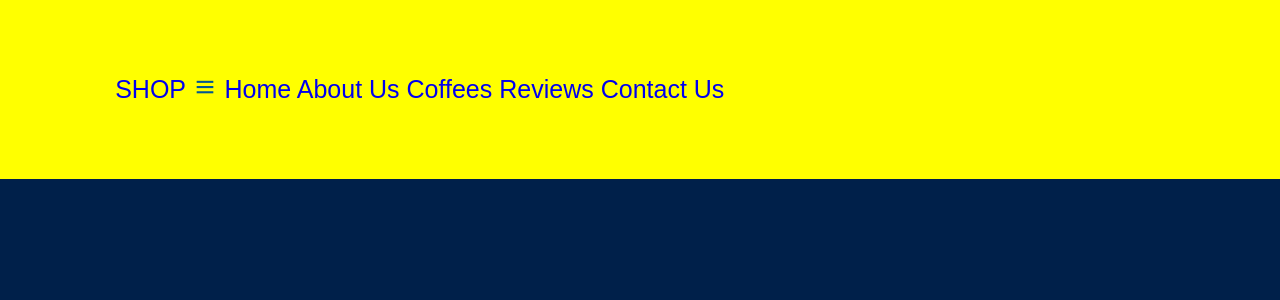
Repository: ntandomagana/Coffee-Shop
Page: index.html
An editor plug-in stored every save of this project. The page is shown before and after a run of saves, followed by the edit.
The browser window is 1280 px wide. The pictures show the whole page.

Above is the page before, as saved 2024-04-10 13:38:27.

### index.html
<!DOCTYPE html>
<html lang="en">
  <head>
    <meta charset="UTF-8" />
    <meta name="viewport" content="width=device-width, initial-scale=1.0" />
    <link rel="stylesheet" href="style.css" />
    <link
      href="https://unpkg.com/boxicons@2.1.4/css/boxicons.min.css"
      rel="stylesheet"/>

    <title>Coffee Shop</title>
  </head>
  <body>
    <header class="header">
        <a href="#home" class="logo"><span>SHOP</span></a>


        <i class='bx bx-menu' id="menu-icon"></i>


        <navbar class="navbar">
          <a href="#home" class="active">Home</a>
          <a href="#about" >About Us</a>
          <a href="#coffees" >Coffees</a>
          <a href="#reviews" >Reviews</a>
          <a href="#contact" >Contact Us</a>
        </navbar>
    </header>
    <script src="script.js"></script>
  </body>
</html>

### style.css
* {
    margin: 0;
    padding: 0;
    box-sizing: border-box;
    text-decoration: none;
    border: none;
    outline: none;
    scroll-behavior: smooth;
    font-family: "Poppins", sans-serif;
}

:root {
    --bg-color:  #00204a;
    --text-color: #005792;
    --main-color: #00bbf0;
    --extra-color: #fdb44b;
}

html {
    font-size: 25px;
    overflow: hidden;
}

body {
    background: var(--bg-color);
    color: var(--text-color);
}

.header {
    position: fixed;
    top: 0;
    left: 0;
    width: 100%;
    padding: 3rem 9%;
    background: yellow;
}

Loaded but not shown: script.js (no stored copy; drawn as an empty file)

After the next 2 saves:
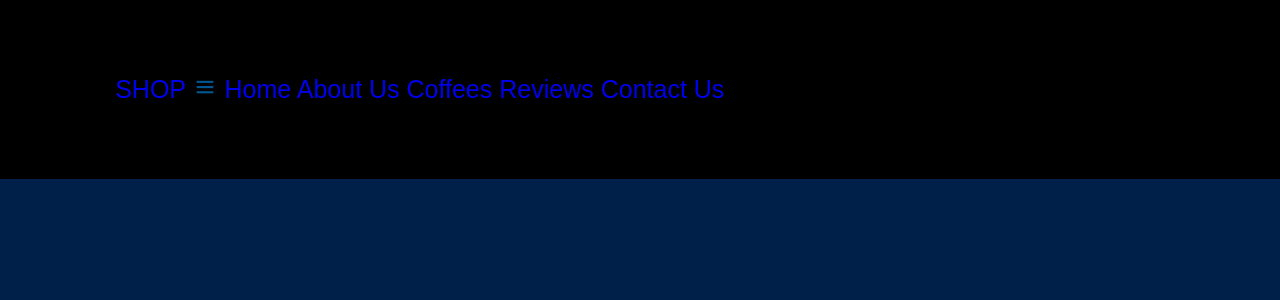
The 2 saves are shown as one change because they came seconds apart.
The last was saved 7 s later.
--- a/style.css
+++ b/style.css
@@ -32,5 +32,5 @@
     left: 0;
     width: 100%;
     padding: 3rem 9%;
-    background: yellow;
+    background: black;
 }
